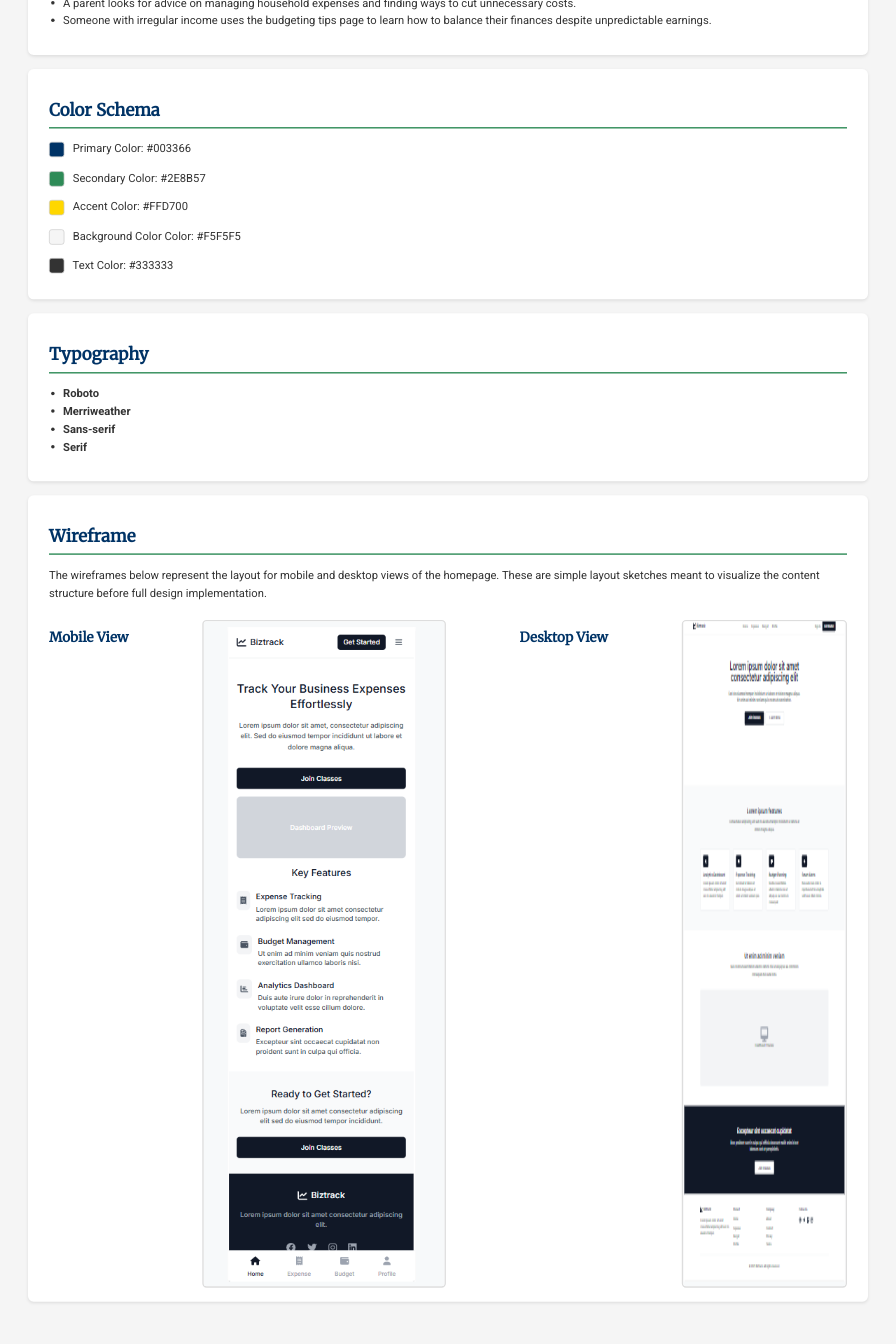
Repository: JoyUdoh106/wdd131
Page: project/siteplan.html
These files come from the project's save history. The page is drawn as it stood at one moment and after the next save; the edit follows.
The browser window is 1280 px wide. The pictures show the part of the page from y = 721 to 2641 px (the page is 2641 px tall before and 1677 px after), at 70% of full size.

Above is the page before, as saved 2025-08-09 19:10:32.

After the next save:
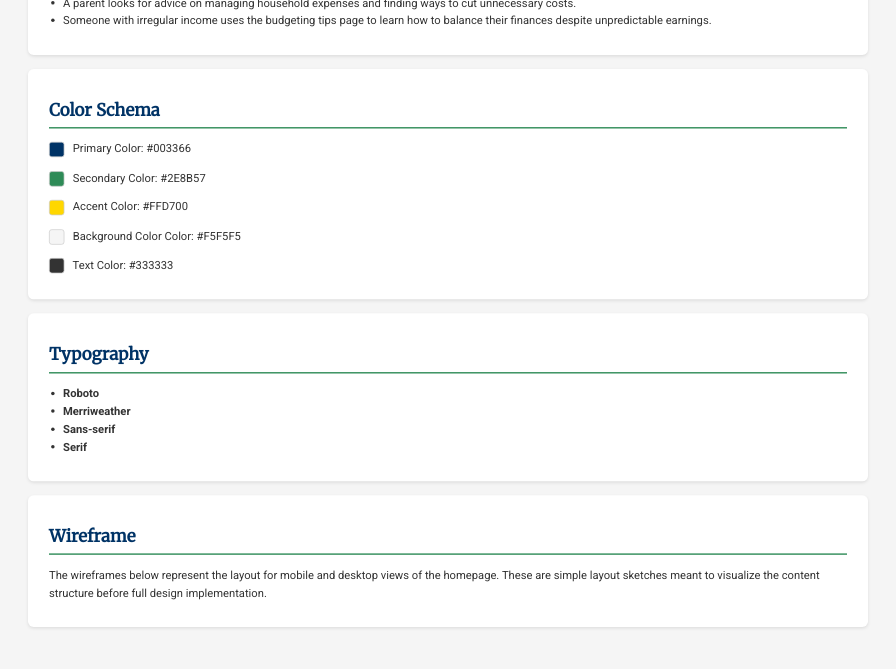
Saved 94 s later.
--- a/project/siteplan.html
+++ b/project/siteplan.html
@@ -57,13 +57,7 @@
         <div class="section">
             <h2>Wireframe</h2>
             <p>The wireframes below represent the layout for mobile and desktop views of the homepage. These are simple layout sketches meant to visualize the content structure before full design implementation.</p>
-            <div class="wireframe">
-                <h3>Mobile View</h3>
-                <img src="images/mobie-view.png" alt="Mobile wireframe of homepage" class="wireframe-img" />
 
-                <h3>Desktop View</h3>
-                <img src="images/desktop_view.png" alt="Desktop wireframe of homepage" class="wireframe-img" />
-            </div>
         </div>
     </body>
 </html>
